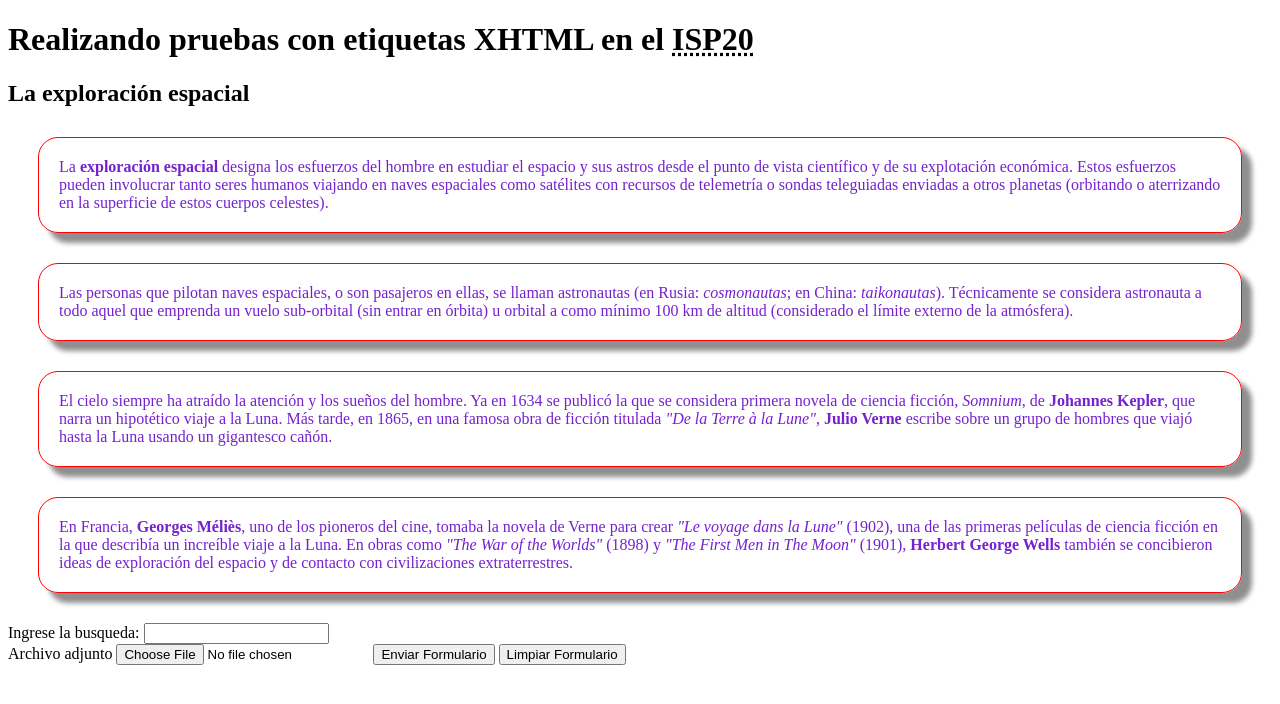
Repository: aleramirezsj/inv-aplicada-isp20
Page: pruebas_html5/pruebas_con_parrafos_y_textos.html
The author's editor kept a copy of each file at every save. The page is drawn from the files as they stood at one save, then again after the next save.
The browser window is 1280 px wide. The pictures show the whole page.

Above is the page before, as saved 2013-06-25 00:01:25.

After the next save:
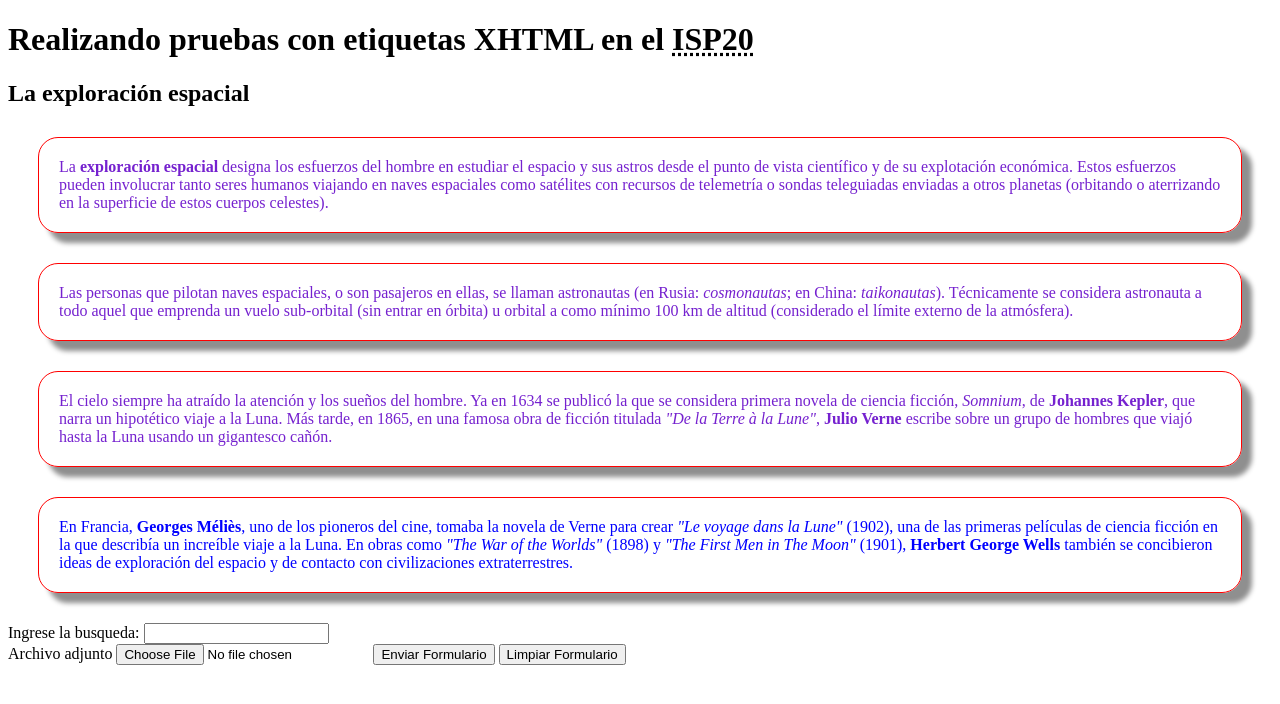
Saved 12 s later.
--- a/pruebas_html5/pruebas_con_parrafos_y_textos.html
+++ b/pruebas_html5/pruebas_con_parrafos_y_textos.html
@@ -26,7 +26,7 @@
 
 	<p>El cielo siempre ha atraído la atención y los sueños del hombre. Ya en 1634 se publicó la que se considera primera novela de ciencia ficción, <em>Somnium</em>, de <strong>Johannes Kepler</strong>, que narra un hipotético viaje a la Luna. Más tarde, en 1865, en una famosa obra de ficción titulada <em>"De la Terre à la Lune"</em>, <strong>Julio Verne</strong> escribe sobre un grupo de hombres que viajó hasta la Luna usando un gigantesco cañón.</p>
 
-	<p style="blue">En Francia, <strong>Georges Méliès</strong>, uno de los pioneros del cine, tomaba la novela de Verne para crear <em>"Le voyage dans la Lune"</em> (1902), una de las primeras películas de ciencia ficción en la que describía un increíble viaje a la Luna. En obras como <em>"The War of the Worlds"</em> (1898) y <em>"The First Men in The Moon"</em> (1901), <strong>Herbert George Wells</strong> también se concibieron ideas de exploración del espacio y de contacto con civilizaciones extraterrestres.</p>
+	<p style="color:blue">En Francia, <strong>Georges Méliès</strong>, uno de los pioneros del cine, tomaba la novela de Verne para crear <em>"Le voyage dans la Lune"</em> (1902), una de las primeras películas de ciencia ficción en la que describía un increíble viaje a la Luna. En obras como <em>"The War of the Worlds"</em> (1898) y <em>"The First Men in The Moon"</em> (1901), <strong>Herbert George Wells</strong> también se concibieron ideas de exploración del espacio y de contacto con civilizaciones extraterrestres.</p>
 
 	 <form action="https://www.google.com.ar/search" method="get">
 	 	<label for="busqueda">Ingrese la busqueda:</label>
